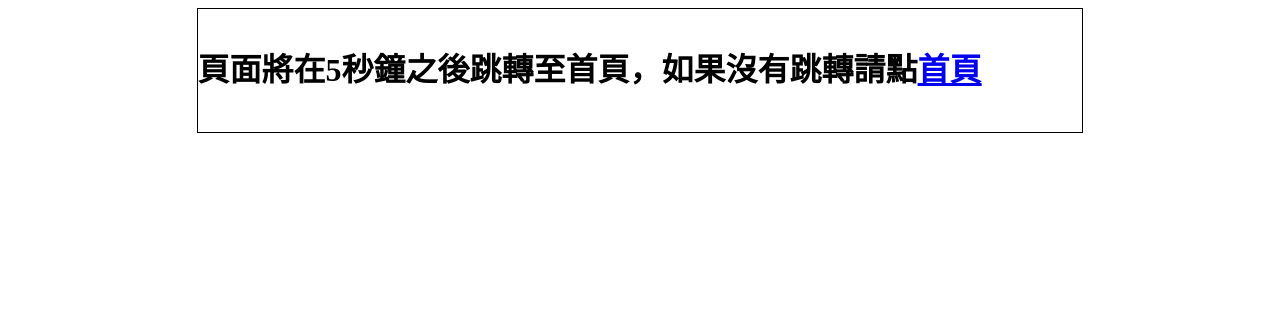
Repository: cctytw2000/JavaSecondProject
Page: http://localhost/EEIT109_35/member/jump.jsp
The author's editor kept a copy of each file at every save. The page is drawn from the files as they stood at one save, then again after the next save.
The browser window is 1280 px wide. The pictures show the whole page.
The page is served by Tomcat 9. Other server files are loaded and not shown.

Above is the page before, as saved 2019-09-07 07:47:36.

### Member/EEIT109_35/src/main/webapp/member/jump.jsp
<%@ page language="java" contentType="text/html; charset=UTF-8"
	pageEncoding="UTF-8"%>
<!DOCTYPE html>
<html>
<head>
<meta charset="UTF-8">

<!--  <meta http-equiv="refresh" content="5;url=../home.jsp">-->
<title>Insert title here</title>
</head>
<body>

	<div style="border: 1px solid black;width:70%;height:30%;margin:auto auto">
		<h1 style="line-height: 2.5em">
			頁面將在5秒鐘之後跳轉至首頁，如果沒有跳轉請點<a href="../home.jsp">首頁</a>
		</h1>
	</div>
</body>
</html>

After the next save:
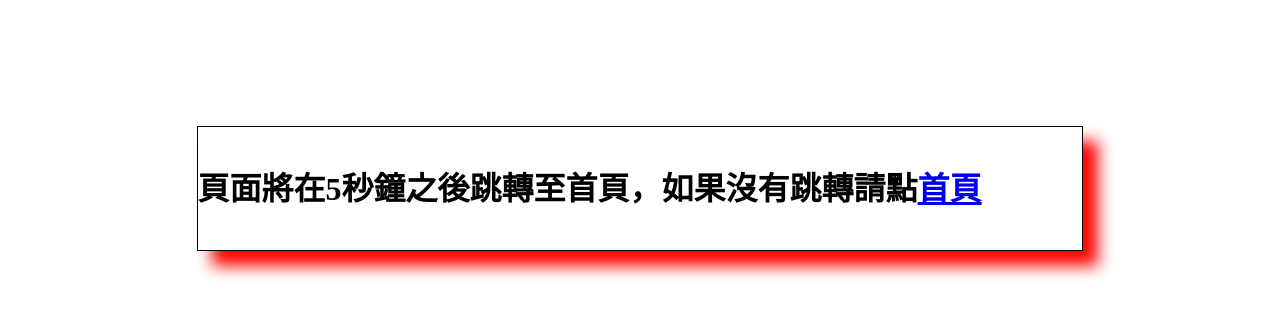
Saved 3 min 12 s later.
--- a/Member/EEIT109_35/src/main/webapp/member/jump.jsp
+++ b/Member/EEIT109_35/src/main/webapp/member/jump.jsp
@@ -10,7 +10,7 @@
 </head>
 <body>
 
-	<div style="border: 1px solid black;width:70%;height:30%;margin:auto auto">
+	<div style="border: 1px solid black;width:70%;height:30%;margin:10% auto;box-shadow: 15px 15px 15px red;">
 		<h1 style="line-height: 2.5em">
 			頁面將在5秒鐘之後跳轉至首頁，如果沒有跳轉請點<a href="../home.jsp">首頁</a>
 		</h1>
